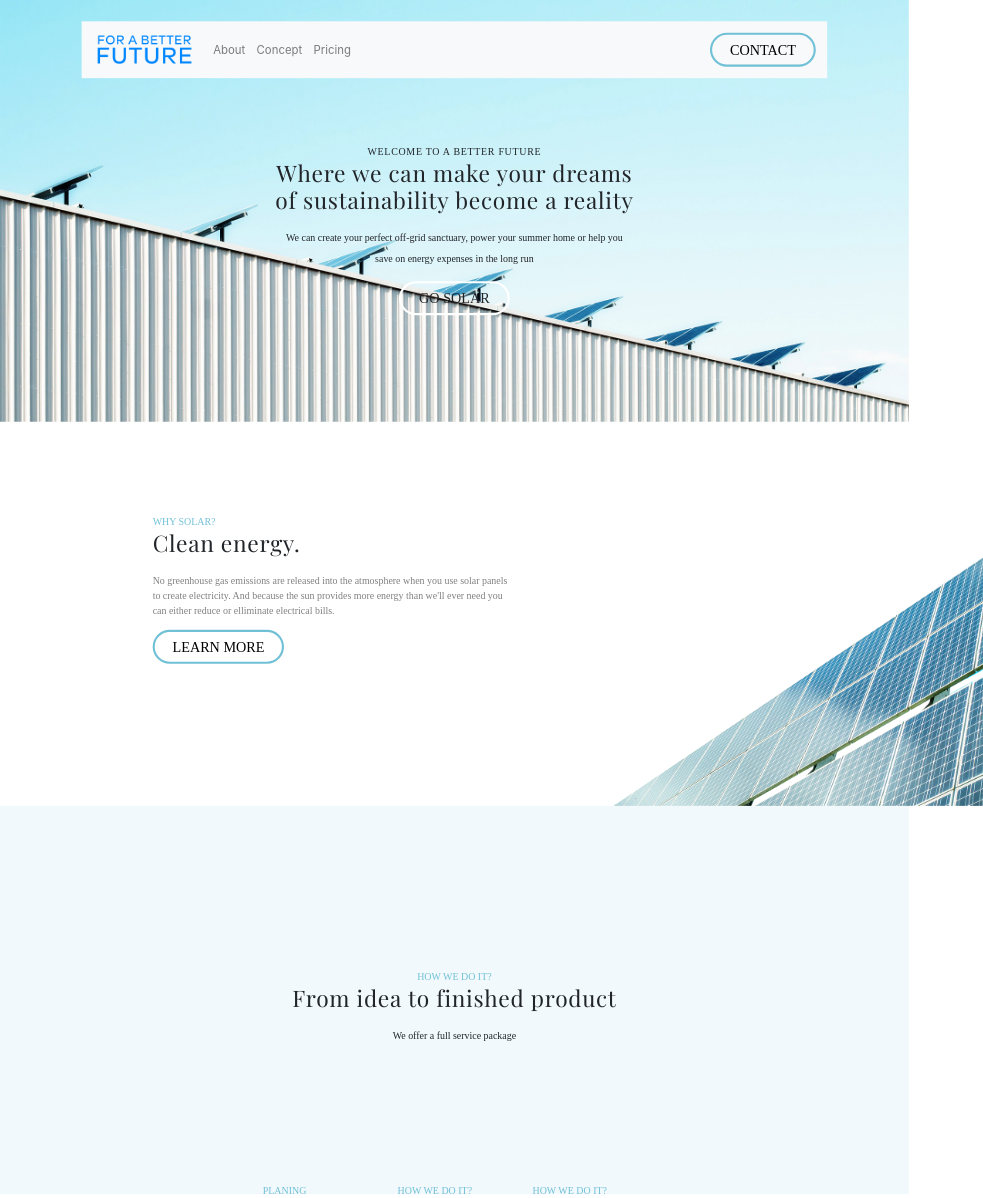
Repository: sabinemm/fabf
Page: index.html
The author's editor kept a record of every edit. The page is drawn from the files as they stood at one moment, then again after the next edit.
The browser window is 1280 px wide. The page is 1385 px wide, so the pictures cover 1385 px, including what lies to the right of the window. The pictures show the whole page, at 71% of full size.
Backgrounds fixed to the window are drawn as part of the page. Some web fonts or font styles are not loaded; a fallback is used.

Above is the page before.

After the next edit:
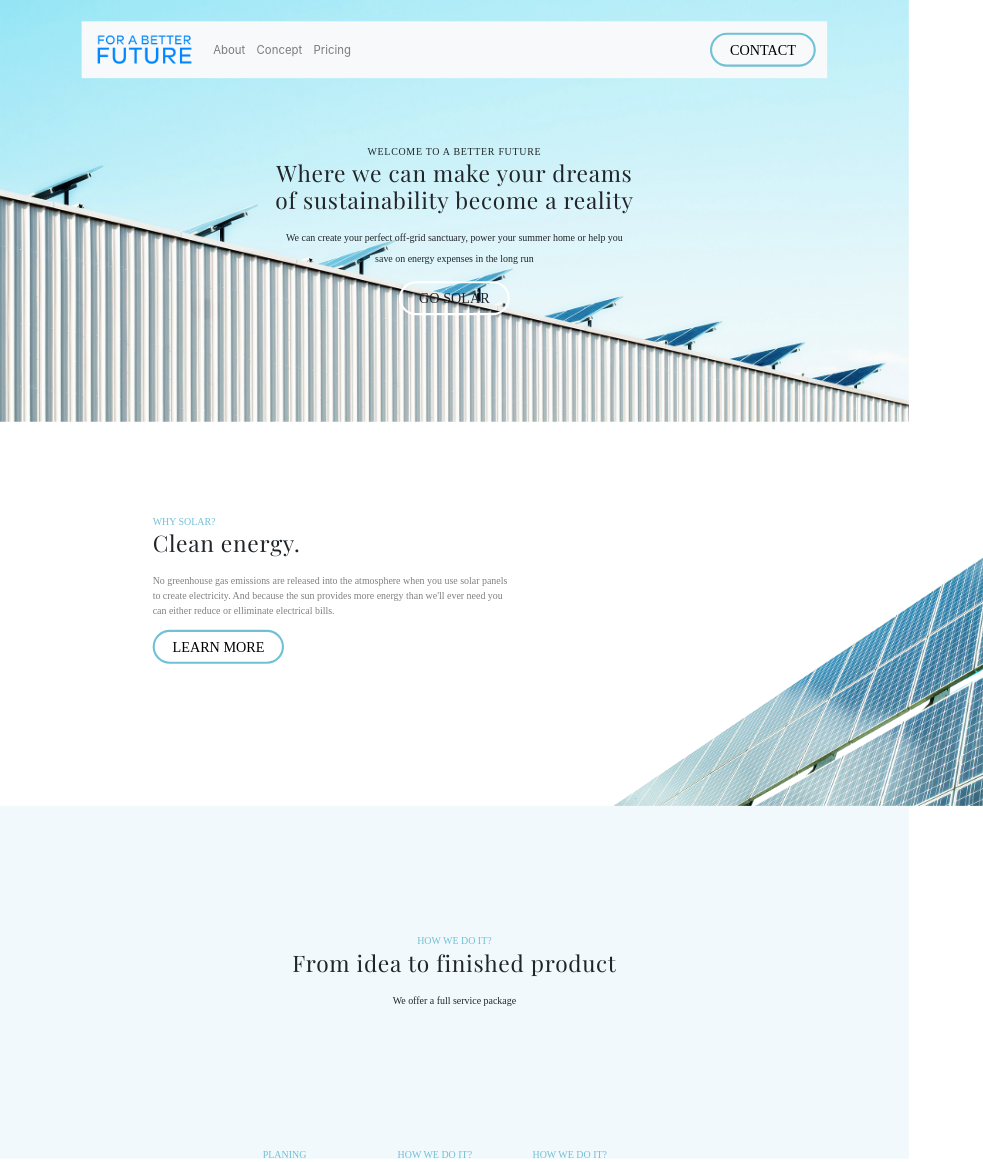
The edit:
--- a/style.css
+++ b/style.css
@@ -176,7 +176,7 @@
 /*-------------------SECTION 3 PAGE 1------------------*/
 
 .idea-title {
-    padding-top: 100px;
+    padding-top: 50px;
     padding-bottom: 50px;
     margin-top: 100px;
 }
